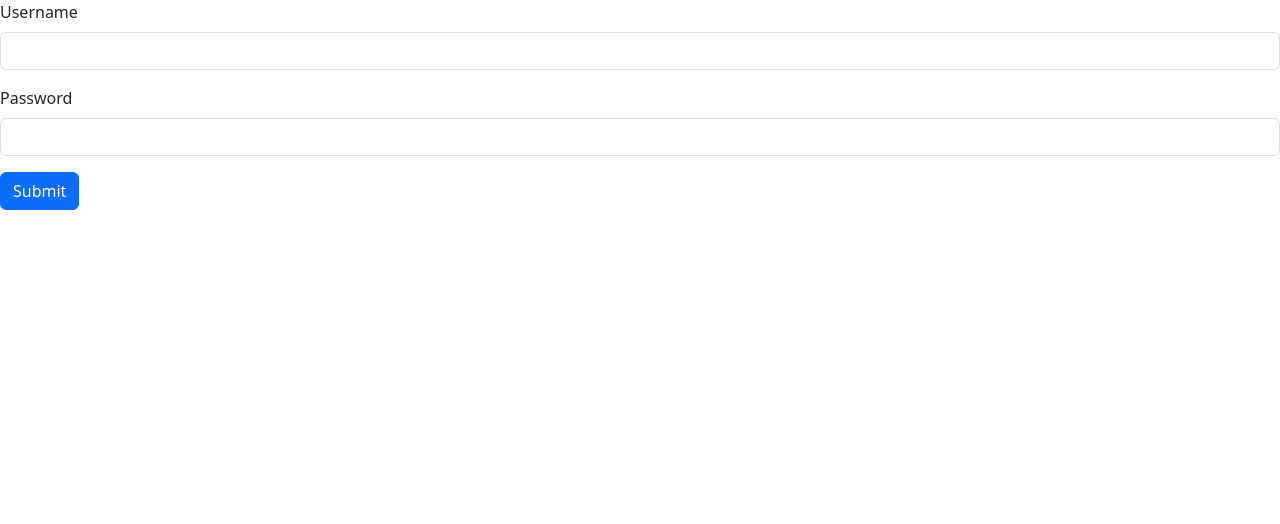
Repository: sarathraj2002/todo-list
Page: login.html
The author's editor kept a copy of each file at every save. The page is drawn from the files as they stood at one save, then again after the next save.
The browser window is 1280 px wide. The pictures show the whole page.

Above is the page before, as saved 2024-09-05 10:50:07.

After the next save:
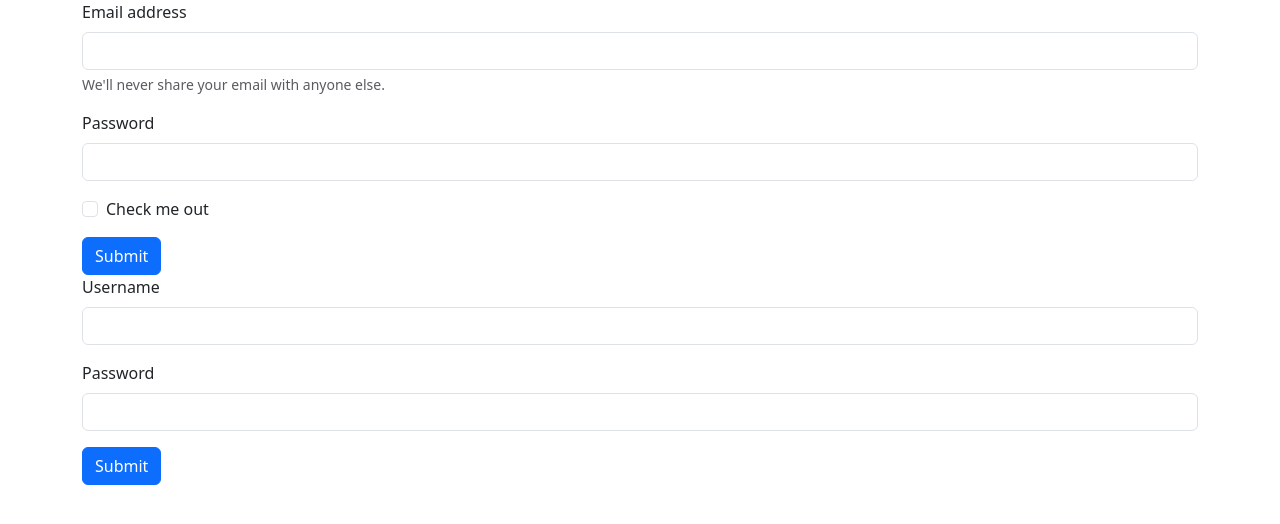
Saved 4 s later.
--- a/login.html
+++ b/login.html
@@ -8,7 +8,22 @@
     <link rel="stylesheet" href="style.css">
 </head>
 <body>
-    <div class="container"></div>
+    <div class="container"><form>
+        <div class="mb-3">
+          <label for="exampleInputEmail1" class="form-label">Email address</label>
+          <input type="email" class="form-control" id="exampleInputEmail1" aria-describedby="emailHelp">
+          <div id="emailHelp" class="form-text">We'll never share your email with anyone else.</div>
+        </div>
+        <div class="mb-3">
+          <label for="exampleInputPassword1" class="form-label">Password</label>
+          <input type="password" class="form-control" id="exampleInputPassword1">
+        </div>
+        <div class="mb-3 form-check">
+          <input type="checkbox" class="form-check-input" id="exampleCheck1">
+          <label class="form-check-label" for="exampleCheck1">Check me out</label>
+        </div>
+        <button type="submit" class="btn btn-primary">Submit</button>
+      </form>
     <form>
         <div class="mb-3">
           <label for="exampleInputUsername1" class="form-label">Username</label>

After the 2 saves that followed:
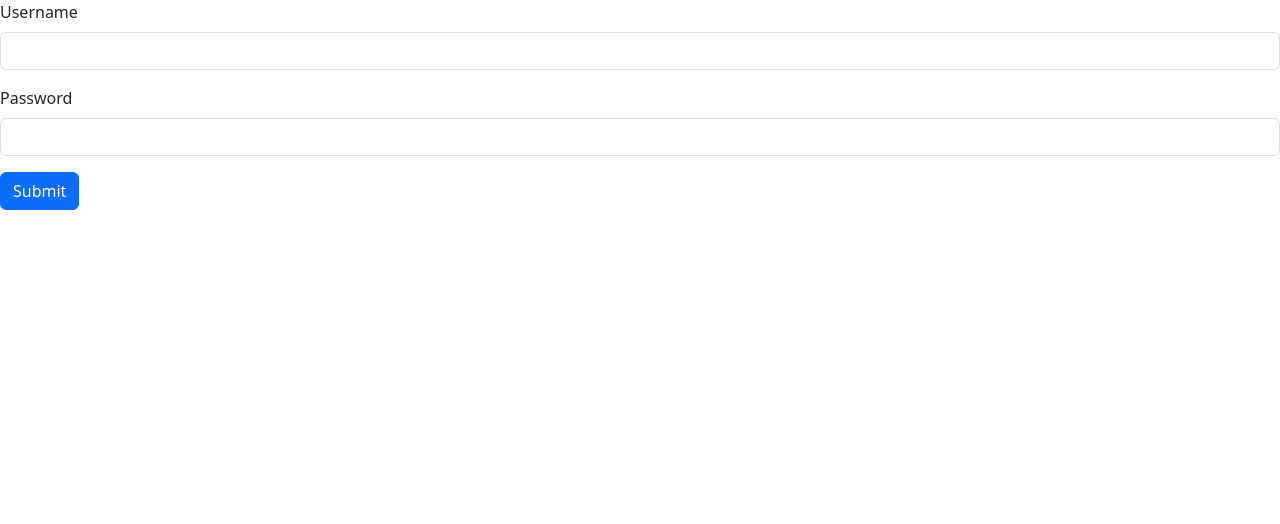
The 2 saves are shown as one change because they came seconds apart.
The last was saved 6 s later.
--- a/login.html
+++ b/login.html
@@ -8,22 +8,7 @@
     <link rel="stylesheet" href="style.css">
 </head>
 <body>
-    <div class="container"><form>
-        <div class="mb-3">
-          <label for="exampleInputEmail1" class="form-label">Email address</label>
-          <input type="email" class="form-control" id="exampleInputEmail1" aria-describedby="emailHelp">
-          <div id="emailHelp" class="form-text">We'll never share your email with anyone else.</div>
-        </div>
-        <div class="mb-3">
-          <label for="exampleInputPassword1" class="form-label">Password</label>
-          <input type="password" class="form-control" id="exampleInputPassword1">
-        </div>
-        <div class="mb-3 form-check">
-          <input type="checkbox" class="form-check-input" id="exampleCheck1">
-          <label class="form-check-label" for="exampleCheck1">Check me out</label>
-        </div>
-        <button type="submit" class="btn btn-primary">Submit</button>
-      </form>
+    <div class="container"></div>
     <form>
         <div class="mb-3">
           <label for="exampleInputUsername1" class="form-label">Username</label>
